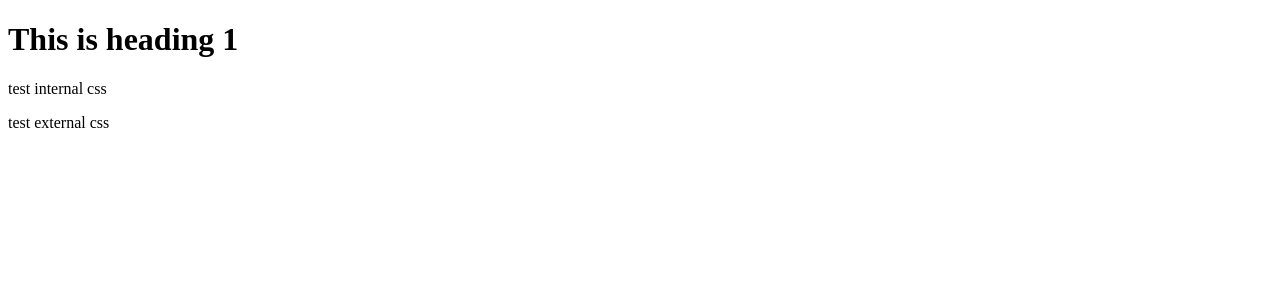
Repository: congle98/CSS_CachNhungCSS
Page: index.html
These files come from the project's save history. The page is drawn as it stood at one moment and after a run of saves; the edit follows.
The browser window is 1280 px wide. The pictures show the whole page.

Above is the page before, as saved 2021-05-26 11:53:32.

### index.html
<!DOCTYPE html>
<html lang="en">
<head>
    <meta charset="UTF-8">
    <meta http-equiv="X-UA-Compatible" content="IE=edge">
    <meta name="viewport" content="width=device-width, initial-scale=1.0">
    <title>Document</title>
</head>
<body>
    <h1 style="color: ;">This is heading 1</h1>
    <p>test internal css</p>
    <p>test external css</p>
</body>
</html>

After the next 2 saves:
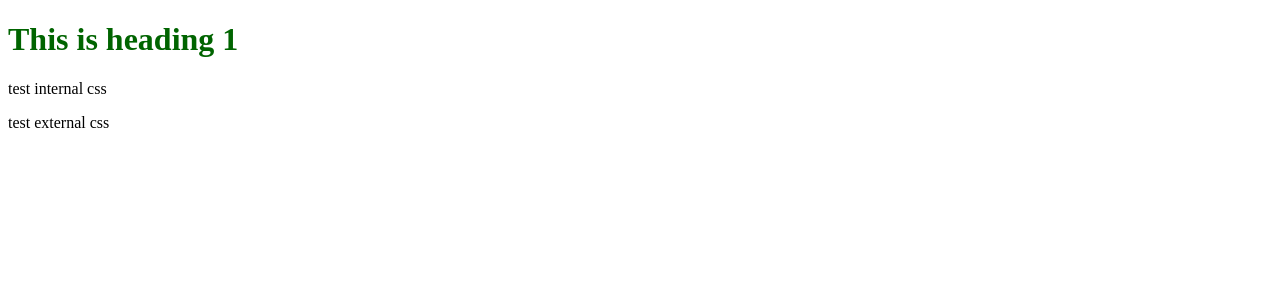
The 2 saves are shown as one change because they came seconds apart.
The last was saved 9 s later.
--- a/index.html
+++ b/index.html
@@ -5,9 +5,10 @@
     <meta http-equiv="X-UA-Compatible" content="IE=edge">
     <meta name="viewport" content="width=device-width, initial-scale=1.0">
     <title>Document</title>
+
 </head>
 <body>
-    <h1 style="color: ;">This is heading 1</h1>
+    <h1 style="color: darkgreen;">This is heading 1</h1>
     <p>test internal css</p>
     <p>test external css</p>
 </body>
